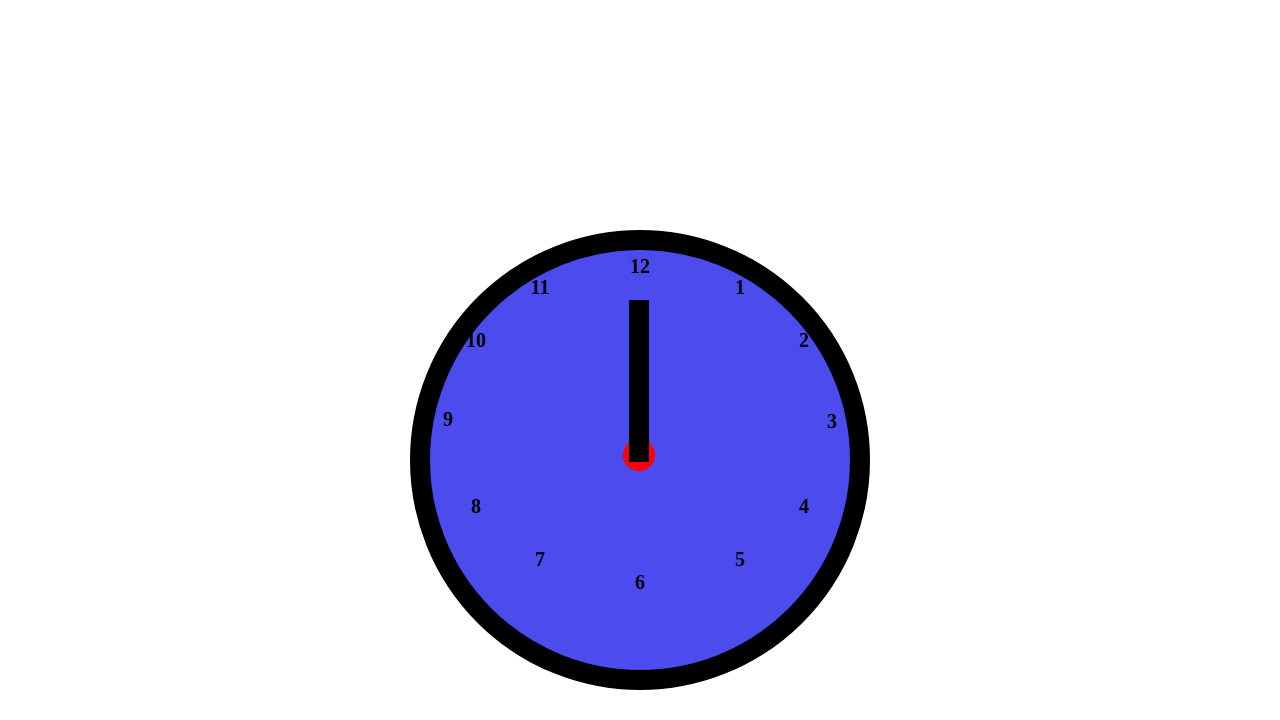
Repository: Eugene44-hub/Analog-clock
Page: index.html
These files come from the project's save history. The page is drawn as it stood at one moment and after a run of saves; the edit follows.
The browser window is 1280 px wide. The pictures show the whole page.

Above is the page before, as saved 2021-09-04 15:45:05.

### index.html
<!DOCTYPE html>
<html lang="en">

<head>
    <meta charset="UTF-8">
    <meta http-equiv="X-UA-Compatible" content="IE=edge">
    <meta name="viewport" content="width=device-width, initial-scale=1.0">
    <title>Document</title>
    <link rel="stylesheet" href="style.css">
</head>

<body>
    <div class="clock">
        <div class="numbers">
            <div class="circle"></div>
            <div class="minute"></div>
            <div class="second"></div>

            <div class="num1">1</div>
            <div class="num2">2</div>
            <div class="num3">3</div>
            <div class="num4">4</div>
            <div class="num5">5</div>
            <div class="num6">6</div>
            <div class="num7">7</div>
            <div class="num8">8</div>
            <div class="num9">9</div>
            <div class="num10">10</div>
            <div class="num11">11</div>
            <div class="num12">12</div>
        </div>
    </div>
</body>

</html>

### style.css
* {
    padding: 0;
    margin: 0;
}

.clock {
    background-color: rgb(75, 75, 238);
    height: 400px;
    width: 400px;
    border: 20px solid black;
    text-align: center;
    font-weight: bold;
    font-family: cursive;
    font-size: 20px;
    transform: translate(0, 50%);
    position: relative;
    border-radius: 50%;
    margin: auto;
    padding: 10px;
}

.circle {
    background-color: red;
    position: absolute;
    top: 45%;
    left: 46%;
    width: 32px;
    height: 32px;
    border-radius: 50%;
}

.minute {
    background-color: black;
    position: absolute;
    top: 12%;
    left: 47.4%;
    width: 20px;
    height: 162px;
    border: 50%;
}

.num6 {
    transform: translate(0, 850%);
}

.num9 {
    transform: translate(-48%, -155%);
}

.num12 {
    transform: translate(0, -1120%);
}

.num3 {
    transform: translate(48%, 450%);
}

.num1 {
    transform: translate(25%, 70%);
}

.num2 {
    transform: translate(41%, 200%);
}

.num4 {
    transform: translate(41%, 720%);
}

.num11 {
    transform: ;
}

.num5 {
    transform: translate(25%, 850%);
}

.num5 {
    transform: translate(25%, 850%);
}

.num7 {
    transform: translate(-25%, 650%);
}

.num8 {
    transform: translate(-41%, 320%);
}

.num11 {
    transform: translate(-25%, -930%)
}

.num10 {
    transform: translate(-41%, -600%);
}


/* .num1,
.num2,
.num3,
.num4,
.num5,
.num6,
.num7,
.num8,
.num9,
.num10,
.num11,
.num12 {
    padding: 15px;
} */


/* .num1 {
    transform: translate(28%, 100%);
}

.num2 {
    transform: translate(44%, 260%);
}

.num3 {
    transform: translate(48%, 489%);
}

.num4 {
    transform: translate(44%, 750%);
}

.num5 {
    transform: translate(28%, 890%);
}

.num6 {
    transform: translate(0, 890%);
}

.num7 {
    transform: translate(24%, 694%);
}

.num8 {
    transform: translate(-44%, 350%)
}

.num9 {
    transform: translate(-48%, -100%);
}

.num10 {
    transform: translate(-44%, -540%);
}

.num11 {
    transform: translate(-28%, -900%);
}

.num12 {
    transform: translate(0, -1130%);
} */

After the next 4 saves:
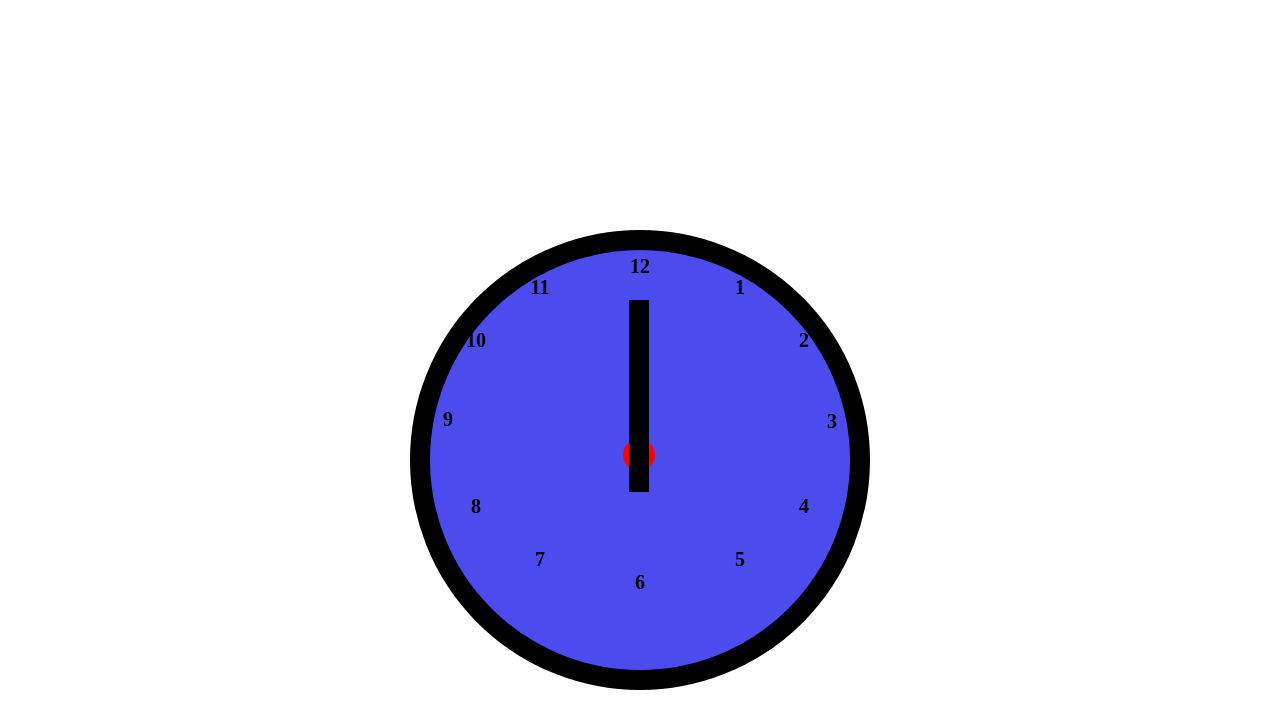
The 4 saves are shown as one change because they came seconds apart.
The last was saved 30 s later.
--- a/style.css
+++ b/style.css
@@ -35,7 +35,7 @@
     top: 12%;
     left: 47.4%;
     width: 20px;
-    height: 162px;
+    height: 192px;
     border: 50%;
 }
 
